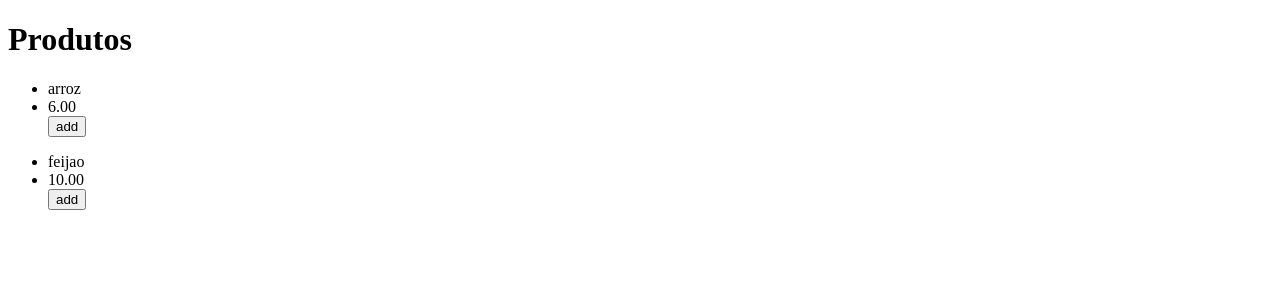
Repository: joaobatistafrontend/test-venda
Page: http://localhost/
The author's editor kept a copy of each file at every save. The page is drawn from the files as they stood at one save, then again after the next save.
The browser window is 1280 px wide. The pictures show the whole page.
The page is served by the project's application, run on Django 4.2 (manage.py). Other server files are loaded and not shown. The page reads the database file committed with the project.

Above is the page before, as saved 2024-09-23 00:21:07.

### templates/venda.html
<!DOCTYPE html>
<html lang="en">
<head>
    <meta charset="UTF-8">
    <meta name="viewport" content="width=device-width, initial-scale=1.0">
    <title>Document</title>
</head>
<body>
    <h1>Produtos</h1>
    <div id="custom-alert" style="display: none; position: fixed; top: 20px; right: 20px; background-color: #4CAF50; color: white; padding: 15px; border-radius: 5px; z-index: 1000;"></div>

    {% for p in produtos %}
        <ul>
            <li>{{ p.nome }}</li>
            <li>{{ p.valor }}</li>

            <form action="{% url 'adicionar_ao_carrinho' p.id %}" method="post" style="display: inline;" class="add-to-cart-form" id="form-{{ produto.id }}">
                {% csrf_token %}
                <button type="submit" class="btn-default add-to-cart-btn">
                    add
                </button>

            </form>
        </ul>
    {% endfor %}
</body>
</html>

### core/models.py
from django.db import models
from django.db.models import Max
from decimal import Decimal
from django.db.models.signals import pre_save
from django.dispatch import receiver
from datetime import date
from django.utils import timezone


class NovaCategoria(models.Model):
    nome = models.CharField(max_length=100)
    def __str__(self) -> str:
        return f'{self.nome}'


class Produto(models.Model):
    nome = models.CharField(max_length=100, blank=True, null=True)
    valor = models.DecimalField(max_digits=10, decimal_places=2, blank=True, null=True)
    tipo_categoria = models.ForeignKey(NovaCategoria, on_delete=models.CASCADE)

    def __str__(self):
        return f"{self.nome} x {self.valor}"


class ItemDoCarrinho(models.Model):
    produto = models.ForeignKey(Produto, on_delete=models.CASCADE)
    quantidade = models.PositiveIntegerField(default=0)
    preco_total = models.DecimalField(max_digits=10, decimal_places=2, null=True, blank=True)

    def save(self, *args, **kwargs):
        # Calcula o preço total do item no carrinho com base no valor do produto
        self.preco_total = self.produto.valor * self.quantidade
        super(ItemDoCarrinho, self).save(*args, **kwargs)

    def __str__(self):
        return f"{self.quantidade} x {self.produto.nome}"

class Carrinho(models.Model):

    produto = models.ForeignKey(Produto, on_delete=models.CASCADE)
    quantidade = models.IntegerField(default=1)

    def save(self, *args, **kwargs):
        # Calcula o preço total do item no carrinho com base no valor do produto
        self.preco_total = self.produto.valor * self.quantidade
        super(Carrinho, self).save(*args, **kwargs)

    def __str__(self):
        return f"{self.quantidade} x {self.produto.nome}"


class Venda(models.Model):
    numero_venda = models.IntegerField()  # Número da venda por empresa
    data_venda = models.DateField(default=date.today)  # Data da venda

    def __str__(self):
        return f"Venda #{self.numero_venda} - {self.data_venda}"

class VendaDoProduto(models.Model):
    venda = models.ForeignKey(Venda, on_delete=models.CASCADE, related_name='itens', blank=True, null=True)
    produto = models.ForeignKey(Produto, on_delete=models.CASCADE)
    qtd = models.IntegerField(blank=True, null=True)
    data_venda = models.DateField()  # Remova auto_now_add=True
    total = models.DecimalField(max_digits=10, decimal_places=2, blank=True, null=True)

    def __str__(self):
        return f"Venda {self.venda} - Produto {self.produto.nome} - {self.qtd} unidades - Total: R${self.total} - Data {self.data_venda}"




# Função que será chamada antes de salvar uma instância de VendaDoProduto
@receiver(pre_save, sender=VendaDoProduto)
def update_total(sender, instance, **kwargs):
    # Verifica se o produto e a quantidade não são nulos e calcula o total
    if instance.produto.valor and instance.qtd:
        instance.total = instance.produto.valor * instance.qtd
    else:
        instance.total = 0  # Define total como 0 se valor ou qtd forem nulos

### core/venda.py
from typing import Any
from django.http.response import HttpResponse as HttpResponse
from django.shortcuts import render
from .models import *
from django.views.generic import TemplateView
from django.shortcuts import render
from django.views.generic import TemplateView,CreateView,View,ListView,UpdateView,DeleteView
from django.shortcuts import render,redirect,HttpResponse
from django.urls import reverse_lazy
from django.dispatch import receiver
from django.contrib import messages
from django.shortcuts import render, get_object_or_404
from decimal import Decimal
from urllib.parse import urlencode
from django.http import HttpRequest
from django.db.models import Q



class VendaView(TemplateView):
    template_name = 'venda.html'

    def get(self, request):
        produtos = Produto.objects.all()
        return render(request, self.template_name, {'produtos':produtos})

### venda/urls.py
"""
URL configuration for venda project.

The `urlpatterns` list routes URLs to views. For more information please see:
    https://docs.djangoproject.com/en/4.2/topics/http/urls/
Examples:
Function views
    1. Add an import:  from my_app import views
    2. Add a URL to urlpatterns:  path('', views.home, name='home')
Class-based views
    1. Add an import:  from other_app.views import Home
    2. Add a URL to urlpatterns:  path('', Home.as_view(), name='home')
Including another URLconf
    1. Import the include() function: from django.urls import include, path
    2. Add a URL to urlpatterns:  path('blog/', include('blog.urls'))
"""
from django.contrib import admin
from django.urls import path, include

urlpatterns = [
    path('admin/', admin.site.urls),
    path('', include('core.urls')),
]

### core/urls.py
from django.urls import path
from .views import *
from .venda import *

urlpatterns = [
    path('', VendaView.as_view(), name='venda'),




    path('adicionar/<int:produto_id>/', adicionar_ao_carrinho, name='adicionar_ao_carrinho'),
    path('add_prod_carrinho/<int:produto_id>/', adicionar_no_carrinho, name='adicionar_no_carrinho'),
    path('remover_prod_carrinho/<int:produto_id>/', remover_do_carrinho, name='remover_do_carrinho'),
    path('remover_todos_do_carrinho/<int:produto_id>/', remover_todos_do_carrinho, name='remover_todos_do_carrinho'),

]

### db.sqlite3 (the tables this page reads, as SQL)
CREATE TABLE "core_produto" ("id" integer NOT NULL PRIMARY KEY AUTOINCREMENT, "nome" varchar(100) NULL, "valor" decimal NULL, "tipo_categoria_id" bigint NOT NULL REFERENCES "core_novacategoria" ("id") DEFERRABLE INITIALLY DEFERRED);
INSERT INTO "core_produto" VALUES
(1, 'arroz', 6, 1),
(2, 'feijao', 10, 1);

After the next save:
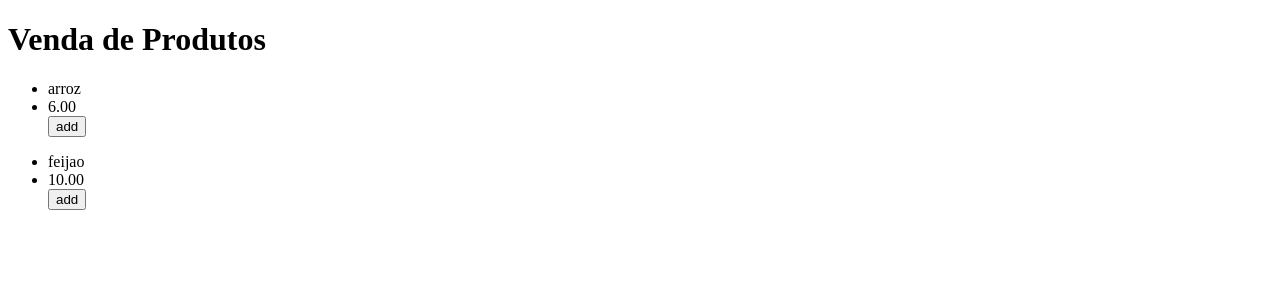
Saved 6 s later.
--- a/templates/venda.html
+++ b/templates/venda.html
@@ -6,7 +6,7 @@
     <title>Document</title>
 </head>
 <body>
-    <h1>Produtos</h1>
+    <h1>Venda de Produtos</h1>
     <div id="custom-alert" style="display: none; position: fixed; top: 20px; right: 20px; background-color: #4CAF50; color: white; padding: 15px; border-radius: 5px; z-index: 1000;"></div>
 
     {% for p in produtos %}
